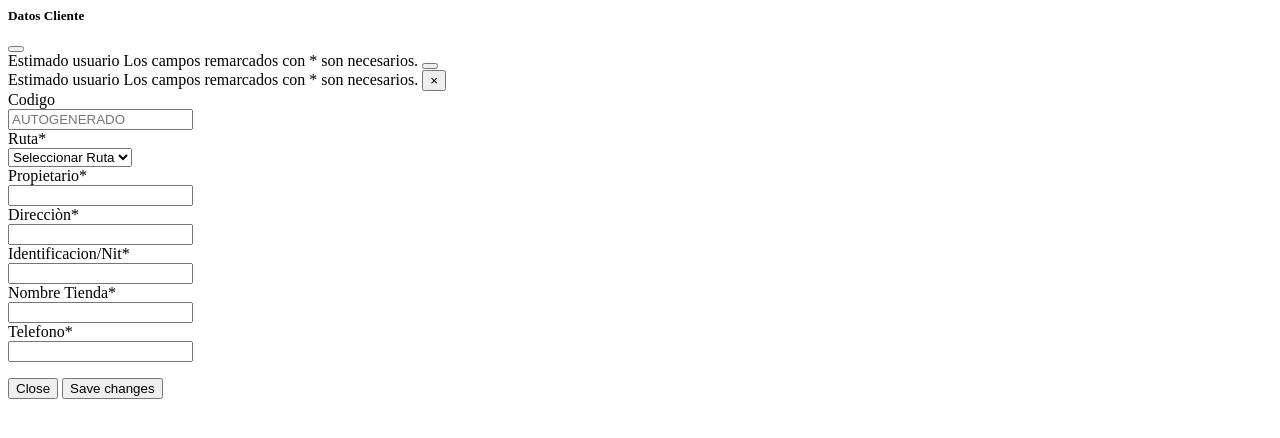
Repository: LucasVillegas/app-admin
Page: http://localhost/app-movil/resources/views/pages/includes/modal-cliente.php
The author's editor kept a copy of each file at every save. The page is drawn from the files as they stood at one save, then again after the next save.
The browser window is 1280 px wide. The pictures show the whole page.
The page is run by PHP 8.4 with error messages shown; the project is at /var/www/html/.

Above is the page before, as saved 2022-06-13 15:03:58.

After the next save:
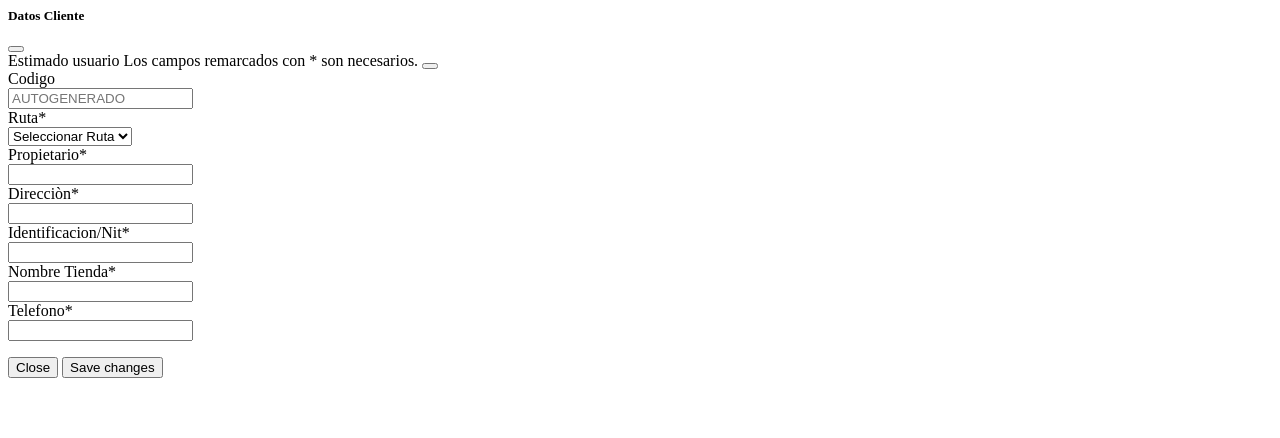
Saved 4 s later.
--- a/resources/views/pages/includes/modal-cliente.php
+++ b/resources/views/pages/includes/modal-cliente.php
@@ -16,12 +16,6 @@
                         usuario</span>
                         Los campos remarcados con <span class="text-danger"> * </span> son necesarios.
                         <button type="button" class="btn-close" data-bs-dismiss="alert" aria-label="Close"></button>
-                    </div>
-                    <div class="alert alert-info alert-styled-left text-blue-800 content-group mb-2">
-                        <span class="text-semibold"><i class="fas fa-info-circle fa-2x"></i> Estimado
-                            usuario</span>
-                        Los campos remarcados con <span class="text-danger"> * </span> son necesarios.
-                        <button type="button" class="close" data-dismiss="alert">×</button>
                     </div>
                 </div>
                 <!-- General Form Elements -->
